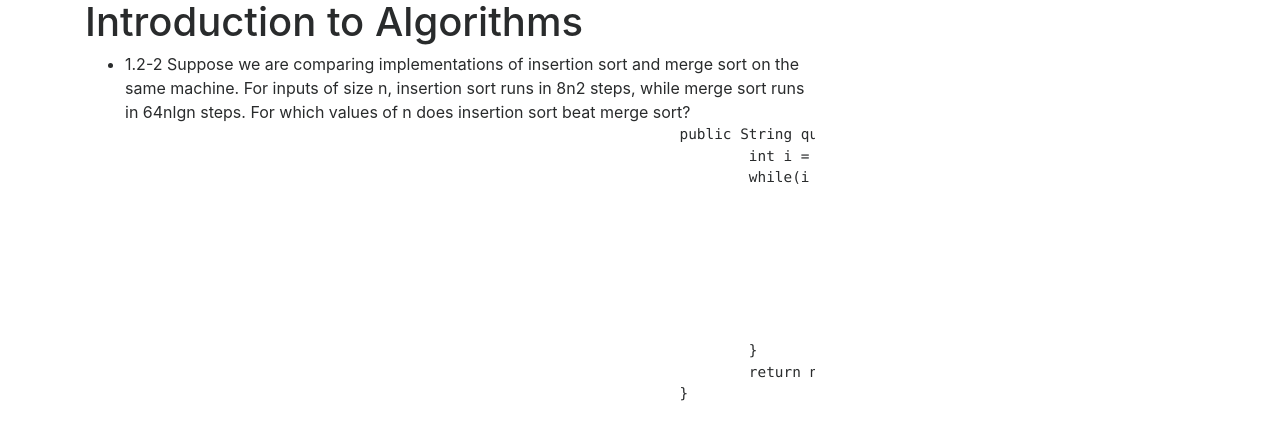
Repository: baltejas/algorithms
Page: algorithms/src/main/webapp/WEB-INF/views/index.html
These files come from the project's save history. The page is drawn as it stood at one moment and after the next save; the edit follows.
The browser window is 1280 px wide. The pictures show the whole page.

Above is the page before, as saved 2017-05-06 18:22:14.

After the next save:
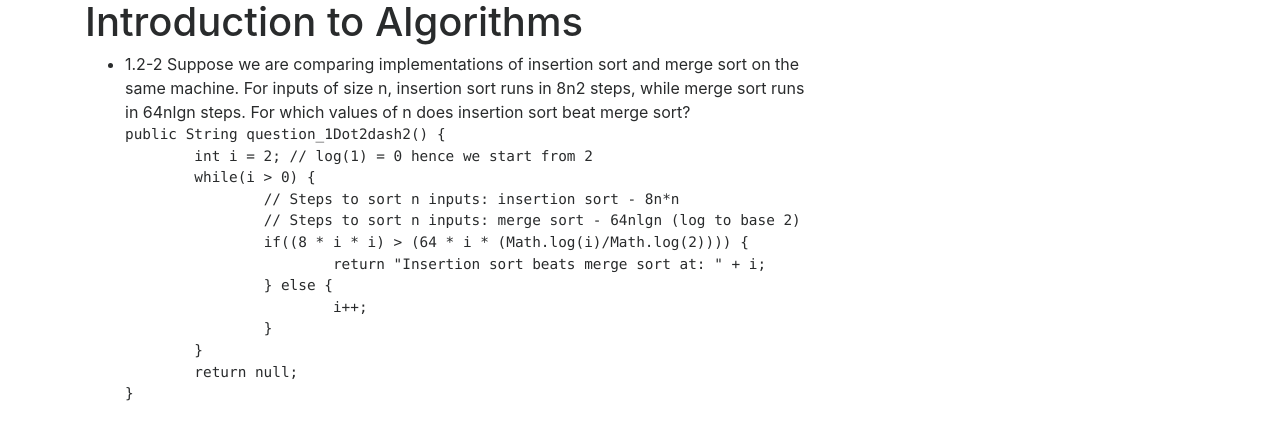
Saved 4 min 26 s later.
--- a/algorithms/src/main/webapp/WEB-INF/views/index.html
+++ b/algorithms/src/main/webapp/WEB-INF/views/index.html
@@ -12,19 +12,19 @@
 							For inputs of size n, insertion sort runs in 8n2 steps, while merge sort runs in 64nlgn steps.
 							For which values of n does insertion sort beat merge sort?<br>
 								<pre>
-								public String question_1Dot2dash2() {
-									int i = 2; // log(1) = 0 hence we start from 2
-									while(i > 0) {
-										// Steps to sort n inputs: insertion sort - 8n*n
-										// Steps to sort n inputs: merge sort - 64nlgn (log to base 2)
-										if((8 * i * i) > (64 * i * (Math.log(i)/Math.log(2)))) {
-											return "Insertion sort beats merge sort at: " + i;
-										} else {
-											i++;
-										}
-									}
-									return null;
-								}
+public String question_1Dot2dash2() {
+	int i = 2; // log(1) = 0 hence we start from 2
+	while(i > 0) {
+		// Steps to sort n inputs: insertion sort - 8n*n
+		// Steps to sort n inputs: merge sort - 64nlgn (log to base 2)
+		if((8 * i * i) > (64 * i * (Math.log(i)/Math.log(2)))) {
+			return "Insertion sort beats merge sort at: " + i;
+		} else {
+			i++;
+		}
+	}
+	return null;
+}
 								</pre>
 						</li>
 					</ul>
